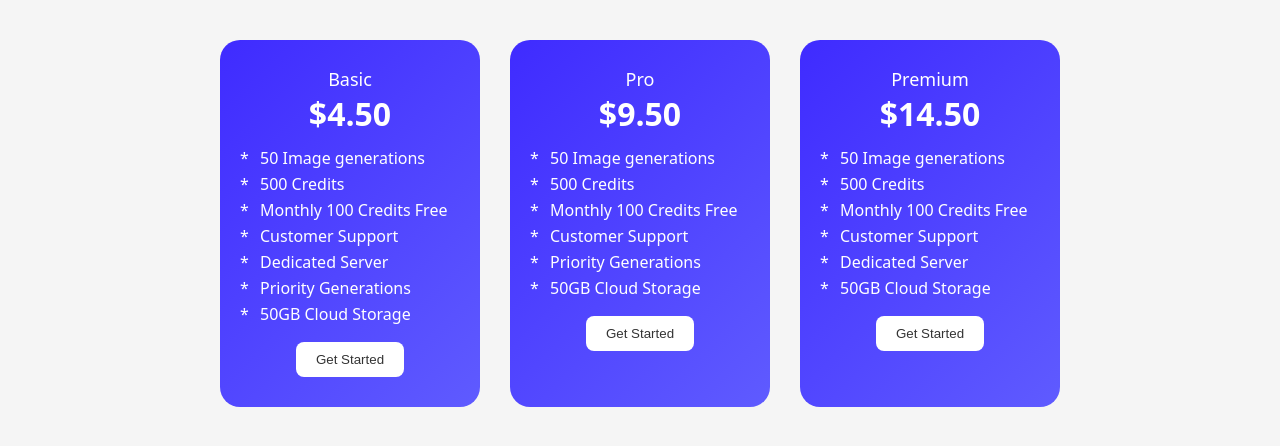
Repository: doanhieu0707/Homework-Day-5
Page: pricing-table.html
These files come from the project's save history. The page is drawn as it stood at one moment and after the next save; the edit follows.
The browser window is 1280 px wide. The pictures show the whole page.

Above is the page before, as saved 2026-04-02 14:56:21.

After the next save:
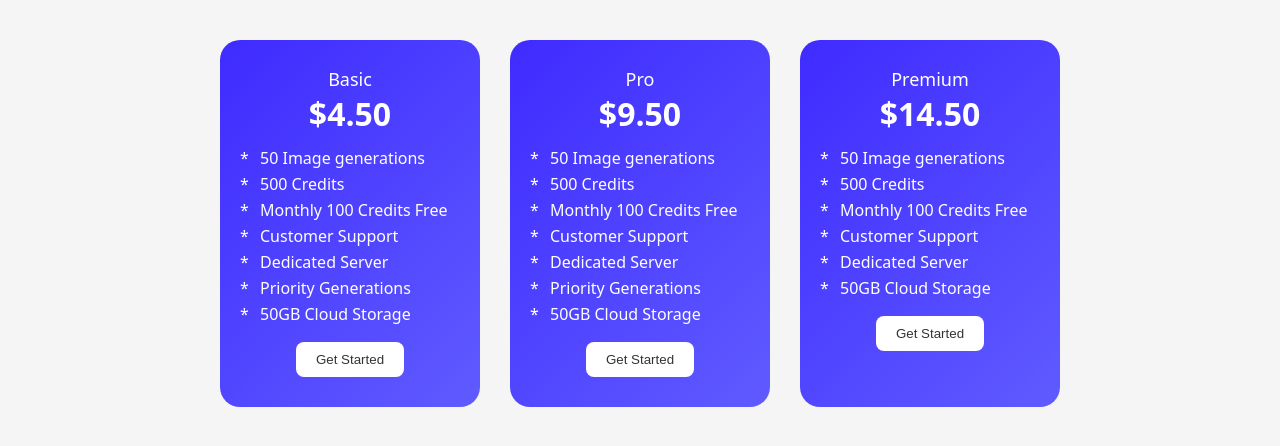
Saved 17 s later.
--- a/pricing-table.html
+++ b/pricing-table.html
@@ -32,6 +32,7 @@
                     <li>500 Credits</li>
                     <li>Monthly 100 Credits Free</li>
                     <li>Customer Support</li>
+                    <li>Dedicated Server</li>
                     <li>Priority Generations</li>
                     <li>50GB Cloud Storage</li>
                 </ul>
